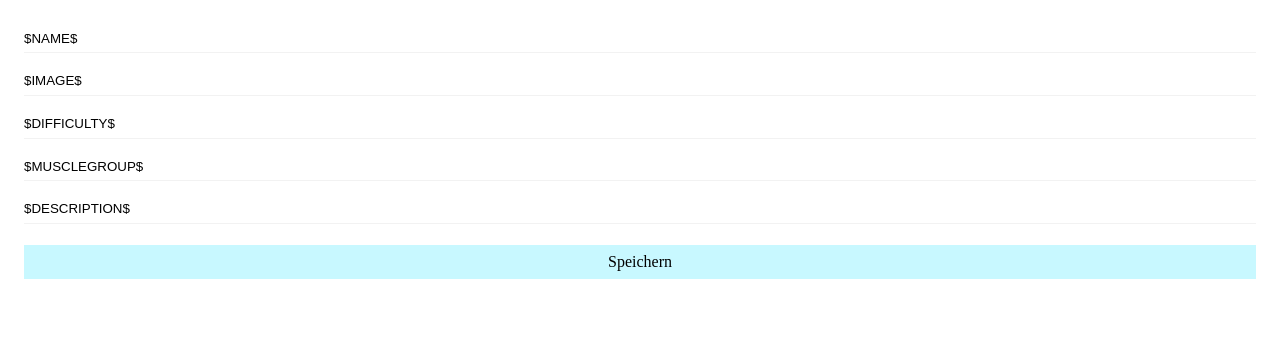
Repository: KIThubber/Fitnesstagebuch
Page: Frontend/src/page-workoutexercises/page-workoutexercises.html
These files come from the project's save history. The page is drawn as it stood at one moment and after the next save; the edit follows.
The browser window is 1280 px wide. The pictures show the whole page.

Above is the page before, as saved 2022-05-08 17:13:07.

### Frontend/src/page-workoutexercises/page-workoutexercises.html
<!-- Stylesheet der Seite -->
<style>
    /* FORMULARFELDER */
    main {
        background-color: white;
        padding: 1em;
    }

    main .form > * {
        /* display: block; */
        width: 100%;

        border: 0px solid #F2F2F2;
        border-bottom-width: 1px;

        padding: 0.5em 0 0.5em 0;
        margin-bottom: 1em;
    }

    /* AKTIONSBUTTONS */
    main .actions {
        display: flex;
        justify-content: space-between;
    }

    main .actions > div {
        padding: 0.5em;
        margin: 0.5em;
        background-color: #C8F8FF;
        flex: 1;
        text-align: center;
    }

    main .actions > div:first-child {
        margin-left: 0;
    }

    main .actions > div:last-child {
        margin-right: 0;
    }

    main .actions > div:hover {
        background-color: #f0f0f0;
        cursor: pointer;
    }
</style>

<!-- Inhalt der Seite -->
<main>
    <div>
        <div class="form">
            <input class="name" placeholder="name" value="$NAME$" />
            <input class="image" placeholder="image" value="$IMAGE$" />
            <input class="difficulty" placeholder="difficulty" value="$DIFFICULTY$" />
            <input class="muscleGroup" placeholder="muscleGroup" value="$MUSCLEGROUP$" />
            <input class="description" placeholder="description" value="$DESCRIPTION$" />
        </div>
        <div class="actions">
            <div class="action save">
                <a>Speichern</a>
            </div>
        </div>
    </div>
</main>

After the next save:
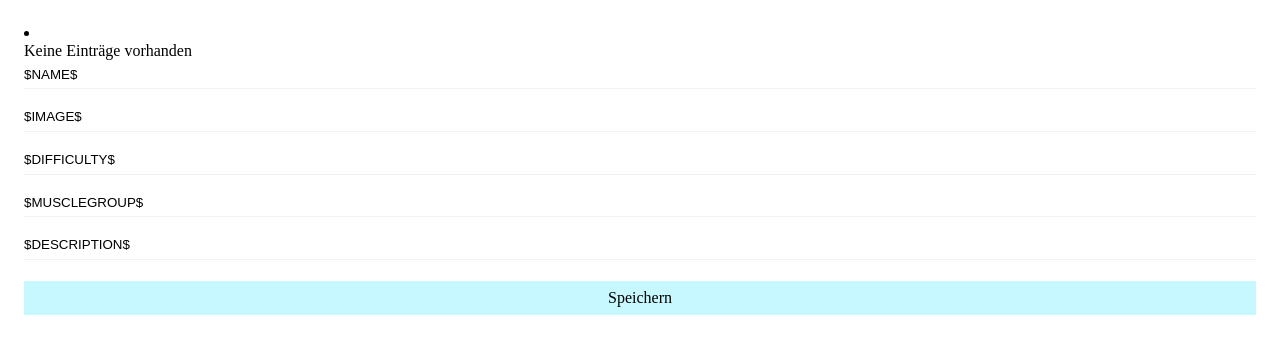
Saved 2 min 55 s later.
--- a/Frontend/src/page-workoutexercises/page-workoutexercises.html
+++ b/Frontend/src/page-workoutexercises/page-workoutexercises.html
@@ -47,6 +47,13 @@
 
 <!-- Inhalt der Seite -->
 <main>
+
+    <li class="empty-placeholder">
+        <div class="name">
+            Keine Einträge vorhanden
+        </div>
+    </li>
+
     <div>
         <div class="form">
             <input class="name" placeholder="name" value="$NAME$" />
